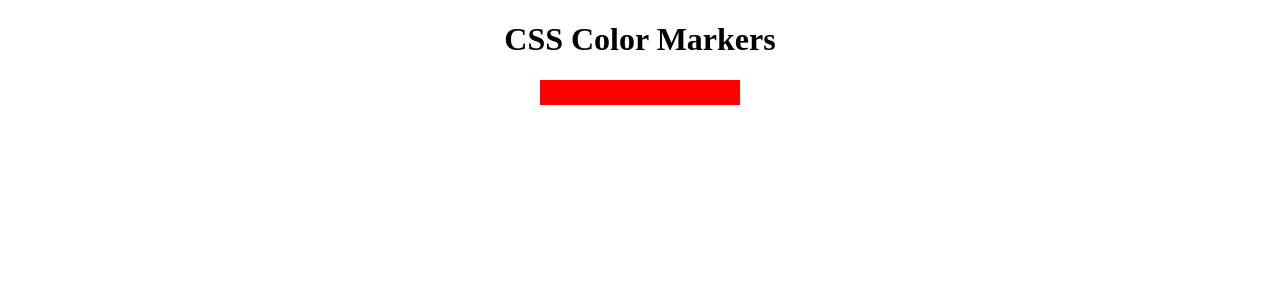
Repository: AimenDje/ColoredMarkers
Page: index.html
An editor plug-in stored every save of this project. The page is shown before and after the next save, followed by the edit.
The browser window is 1280 px wide. The pictures show the whole page.

Above is the page before, as saved 2025-05-08 00:55:09.

After the next save:
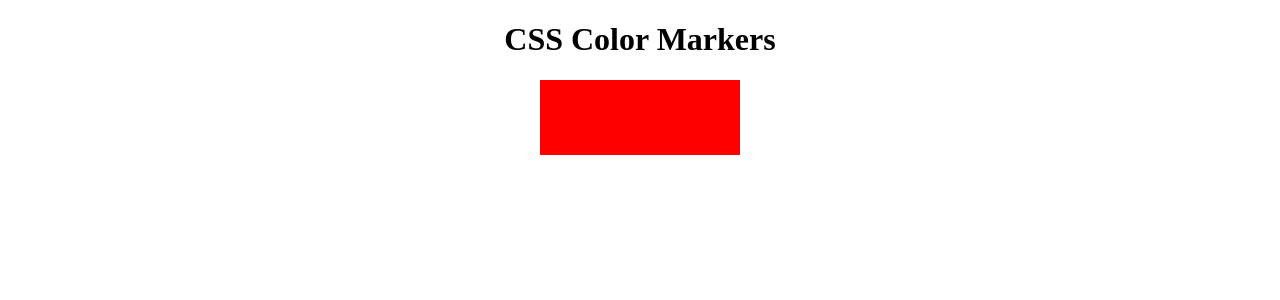
Saved 73 s later.
--- a/index.html
+++ b/index.html
@@ -9,7 +9,12 @@
     <body>
         <h1>CSS Color Markers</h1>
         <div class="container">
-          <div class="marker"> </div>
+            <div class="marker">
+            </div>
+            <div class="marker">
+            </div>
+            <div class="marker">
+            </div>
         </div>
       </body>
 </html>
